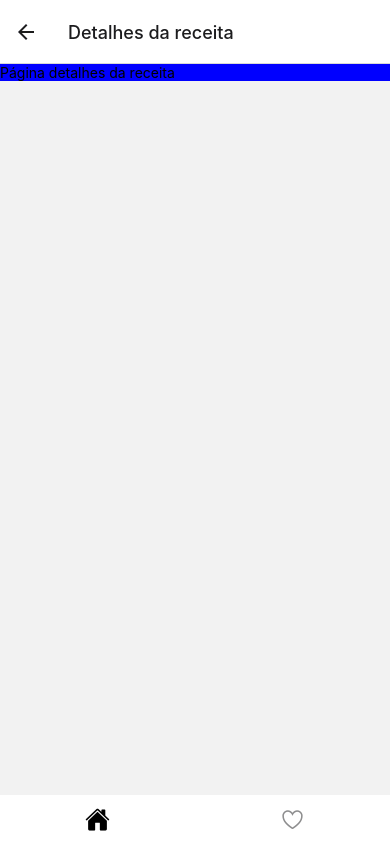
Repository: pheonix5/Receitas
Screen: /Detail
The author's editor kept a copy of each file at every save. The screen is drawn from the files as they stood at one save, then again after the next save.
The page's requests for data from a server got no answer. The app was drawn by React Native's web renderer in a window 390 px wide. The project was rebuilt for these pictures with package versions that can differ from the ones it lists, and the page was loaded fresh each time. No one was signed in, and anything a server would have sent is missing. Also part of the build but not shown: src/components/foodlist/index.js, src/pages/search/index.js, src/pages/favorites/index.js.

Above is the screen before, as saved 2023-04-08 01:21:53.

### App.js
import { View, Text} from 'react-native';

import { NavigationContainer } from '@react-navigation/native';
import { Routes } from './src/routes'


export default function App(){
  return(
    <NavigationContainer>
      <Routes />
    </NavigationContainer>

  )
}

### src/routes/index.js
import { createBottomTabNavigator } from '@react-navigation/bottom-tabs'

import StackRoutes from './stackRoutes';
import Favorites from '../pages/favorites'

import { Ionicons } from '@expo/vector-icons'

const Tab = createBottomTabNavigator();

export function Routes(){
  return(
    <Tab.Navigator
      screenOptions={{
          headerShown: false,
          tabBarHideOnKeyboard: true,
          tabBarShowLabel: false,
          tabBarActiveTintColor: "#121212",

          tabBarStyle:{
              backgroundColor: "#FFF",
              borderTopWidth: 0
          }
      }}

    >

        <Tab.Screen
          name='HomeTab'
          component={StackRoutes}
          options={{
              tabBarIcon: ({ color, size, focused }) => {
                  if (focused){
                    return <Ionicons name='home' color="#000" size={size}/>
                  }

                  return <Ionicons name='home-outline' color={color} size={size}/>
              }
          }}
        />

        <Tab.Screen
          name='Favorites'
          component={Favorites}
          options={{
              tabBarIcon: ({ color, size, focused }) => {
                  if (focused){
                      return <Ionicons name='heart' color="#FF4141" size={size}/>
                  }

                  return <Ionicons name='heart-outline' color={color} size={size}/>
              }
          }}
        />

    </Tab.Navigator>
  )
}

### src/routes/stackRoutes.js
import { createNativeStackNavigator } from '@react-navigation/native-stack'

import Home from '../pages/home'
import Detail from '../pages/detail'
import Search from '../pages/search'

const Stack = createNativeStackNavigator();

export default function StackRoutes(){
  return(
    <Stack.Navigator>

      <Stack.Screen
        name='Home'
        component={Home}
        options={{
          headerShown: false,
        }}
      />

      <Stack.Screen
        name='Detail'
        component={Detail}
        options={{
          title: "Detalhes da receita"
        }}
      />

      <Stack.Screen
        name='Search'
        component={Search}
        options={{
          title: "Veja o que encontramos"
        }}
      />

    </Stack.Navigator>
  )
}

### src/pages/home/index.js
import React, { useState, useEffect } from 'react';
import {
  View,
  Text,
  StyleSheet,
  SafeAreaView,
  TextInput,
  TouchableOpacity,
  FlatList } from 'react-native'

import { Ionicons } from '@expo/vector-icons'

import Logo from '../../components/logo'
import api from '../../services/api'
import FoodList from '../../components/foodlist';

export default function Home(){
    const [inputValue, setInputValue] = useState("")
    const [foods, setFoods] = useState([]);

    function handleSearch(){

    }

    useEffect(() => {
     async function fetchApi(){
        const response = await api.get("/foods")
        setFoods(response.data);
      }

      fetchApi();
    }, [])

    return(
      <SafeAreaView style={styles.container}>
        <Logo/>
        <Text style={styles.title}>Encontre a receita</Text>
        <Text style={styles.title}>que combina com você</Text>

        <View style={styles.form}>
          <TextInput
              value={inputValue}
              onChangeText={ (text) => setInputValue(text)}
              placeholder="Digite o nome da camida.."
              style={styles.input}
          />

          <TouchableOpacity onPress={handleSearch}>
            <Ionicons name="search" size={28} color="#4CBE6C"/>
          </TouchableOpacity>
        </View>

        <FlatList
          data={foods}
          keyExtractor={ (item) => String(item.id)}
          renderItem={ ({ item }) => <FoodList data={item} /> }
          showsVerticalScrollIndicator={false}
        />

      </SafeAreaView>
    )
}

const styles = StyleSheet.create({
  container:{
    flex: 1,
    backgroundColor: '#f2f9ff',
    paddingTop: 36,
    paddingStart: 14,
    paddingEnd: 14
  },
  title:{
    fontSize: 26,
    fontWeight: 'bold',
    color: '#0e0e0e'
  },
  form:{
    backgroundColor: '#FFF',
    width: '100%',
    borderRadius: 8,
    marginTop: 16,
    marginBottom: 16,
    borderWidth: 1,
    borderColor: '#ECECEC',
    paddingLeft: 8,
    paddingRight: 8,
    flexDirection: "row",
    alignItems: 'center',
    justifyContent: 'space-between'
  },
  input:{
    width: '90%',
    maxWidth:'90%',
    height: 54,
  }
})

### src/pages/detail/index.js
import React, { useLayoutEffect} from "react";
import { View, Text, StyleSheet } from 'react-native'
import { useRoute, useNavigation } from '@react-navigation/native'

import { Entypo } from '@expo/vector-icons'


export default function Detail({  }){
    const route = useRoute();
    const navigation = useNavigation();

    useLayoutEffect(() => {
      navigation.setOptions({
        title: route.params?.data ? route.params?.data.name : "Detalhes da receita"
      })
    }, [navigation, route.params?.data])

    return(
        <View style={styles.container}>
            <Text>Página detalhes da receita</Text>
            <Text>{route.params?.data.name}</Text>
        </View>
    )
}

const styles = StyleSheet.create({
    container:{
        backgroundColor: 'blue'
    }
})

### src/components/logo/index.js
import { View, Text, StyleSheet } from 'react-native'

export default function Logo(){
    return(
        <View style={styles.logoArea}>
            <Text style={styles.logo}>
                Receita fácil
            </Text>
        </View>
    )
}

const styles = StyleSheet.create({
    logoArea:{
        backgroundColor: '#4CBE6C',
        alignSelf: 'flex-start',
        padding: 8,
        paddingLeft: 16,
        paddingRight: 20,
        borderTopRightRadius: 8,
        borderBottomLeftRadius: 8,
        borderTopLeftRadius: 8,
        borderBottomRightRadius: 32,
        marginBottom: 8
    },
    logo:{
        fontSize: 18,
        fontWeight: 'bold',
        color: "#FFF",
    }
})

### src/services/api.js
import axios from 'axios';


/*
    // Rodar com IPV4: json-server --watch -d 180 --host 10.10.1.125 db.json

*/

const api = axios.create({
    baseURL: 'http://192.168.1.10:3000/'
})

export default api;

After the next save:
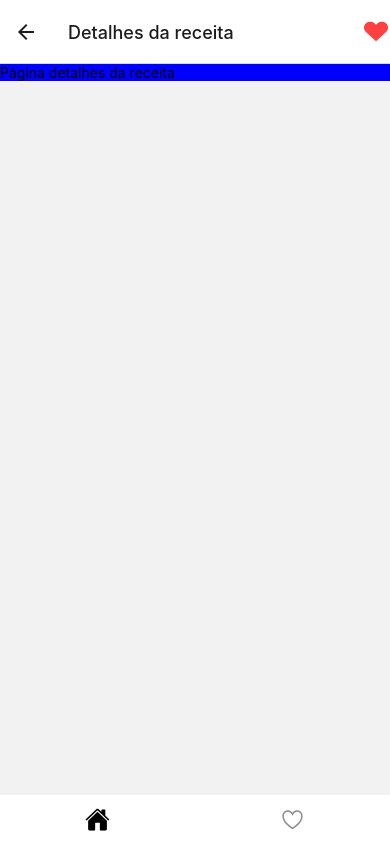
Saved 71 s later.
--- a/src/pages/detail/index.js
+++ b/src/pages/detail/index.js
@@ -11,7 +11,14 @@ export default function Detail({  }){
 
     useLayoutEffect(() => {
       navigation.setOptions({
-        title: route.params?.data ? route.params?.data.name : "Detalhes da receita"
+        title: route.params?.data ? route.params?.data.name : "Detalhes da receita",
+        headerRight: () => (
+          <Entypo
+            name="heart"
+            size={28}
+            color="#FF4141"
+          />
+        )
       })
     }, [navigation, route.params?.data])
 
